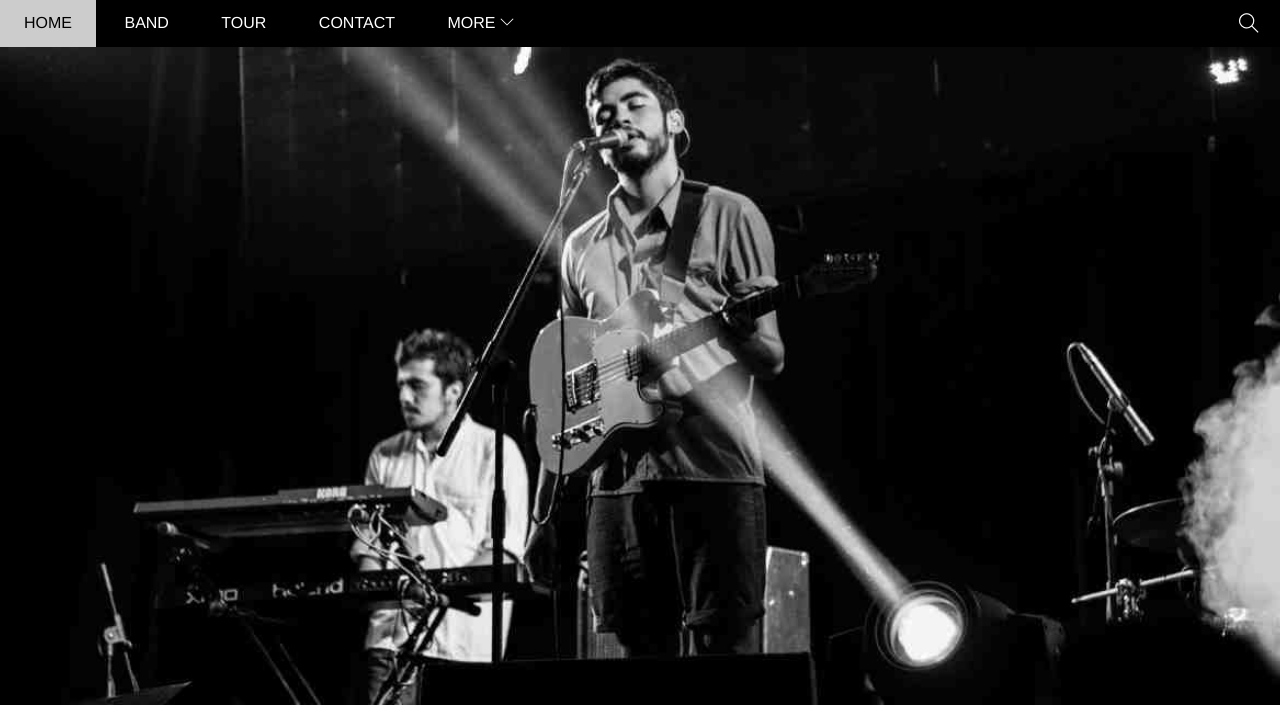
Repository: qhoa25623/The-Band
Page: index.html
The author's editor kept a copy of each file at every save. The page is drawn from the files as they stood at one save, then again after the next save.
The browser window is 1280 px wide. The pictures show the whole page.

Above is the page before, as saved 2022-04-25 22:42:11.

### index.html
<!DOCTYPE html>
<html lang="en">
  <head>
    <meta charset="UTF-8" />
    <meta http-equiv="X-UA-Compatible" content="IE=edge" />
    <meta name="viewport" content="width=device-width, initial-scale=1.0" />
    <title>Document</title>
    <link rel="stylesheet" href="./assets/css/styles.css" />
    <link rel="stylesheet" href="./assets/fonts/themify-icons/themify-icons.css" />
  </head>
  <body>
    <div id="main">
      <div id="header">
        <ul id="nav">
          <li><a href="">Home</a></li>
          <li><a href="">Band</a></li>
          <li><a href="">Tour</a></li>
          <li><a href="">Contact</a></li>
          <li>
            <a href="">
              More
              <i class="nav-arrow-down ti-angle-down"></i>
            </a>
            <ul class="subnav">
              <li><a href="">Merchandise</a></li>
              <li><a href="">Extras</a></li>
              <li><a href="">Media</a></li>
            </ul>
          </li>
        </ul>
        <div class="search-btn">
          <i class="search-icon ti-search"></i>
        </div>
      </div>
      <div id="slider">
        <div class="text-content">
          <div class="text-heading">Chicago</div>
          <div class="text-description"></div>
        </div>
      </div>
      <div id="content"></div>
      <div id="footer"></div>
    </div>
  </body>
</html>

### assets/css/styles.css
/* Reset CSS */
* {
  padding: 0;
  margin: 0;
  box-sizing: border-box;
}
html {
  font-family: Helvetica, Arial, sans-serif;
}
#main {
}
#header {
  position:fixed;
  top:0;
  left:0;
  right:0;
  height: 46.5px;
  background-color: #000;
}
#nav {
  display: inline-block;
}
#nav,
.subnav {
  list-style-type: none;
}
#nav > li {
  display: inline-block;
}
#nav li {
  position: relative;
}
#nav > li > a {
  color: #fff;
  text-transform: uppercase;
}
#nav li a {
  text-decoration: none;
  line-height: 46.5px;
  padding: 0 24px;
  display: block;
}
#nav li:hover .subnav {
  display: block;
}
#nav > li:hover > a,
#nav .subnav li:hover a {
  color: #000;
  background-color: #ccc;
}
#nav .subnav {
  min-width: 160px;
  top: 100%;
  left: 0;
  display: none;
  position: absolute;
  background-color: #fff;
  box-shadow: 0 0 10px rgba(0, 0, 0, 0.3);
}
#nav .subnav a {
  color: #000;
  padding: 0 16px;
  line-height: 38.5px;
}
#nav .nav-arrow-down {
  font-size: 14px;
}
#header .search-btn {
  float: right;
  padding: 0 21px;
}
#header .search-btn:hover {
  background-color: #f44336;
}
#header .search-icon {
  color: #fff;
  font-size: 20px;
  line-height: 46.5px;
}
#slider {
  margin-top:46.5px;
  padding-top:50%;
  background: url('/assets/img/slider/slider1.jpg') top center / cover no-repeat;
}
#content {
}
#footer {
}

Loaded but not shown: assets/fonts/themify-icons/themify-icons.css (common file)

After the next save:
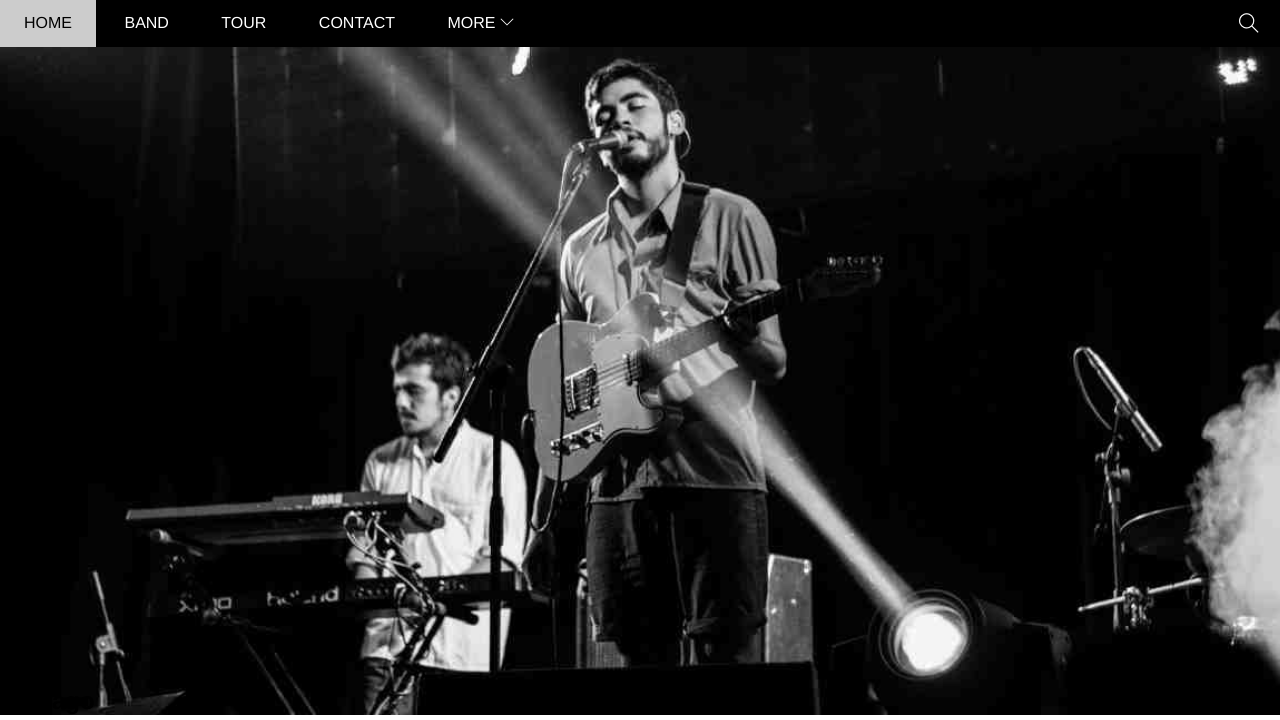
Saved 11 s later.
--- a/index.html
+++ b/index.html
@@ -34,7 +34,7 @@
       </div>
       <div id="slider">
         <div class="text-content">
-          <div class="text-heading">Chicago</div>
+          <h2 class="text-heading">Chicago</h2>
           <div class="text-description"></div>
         </div>
       </div>
